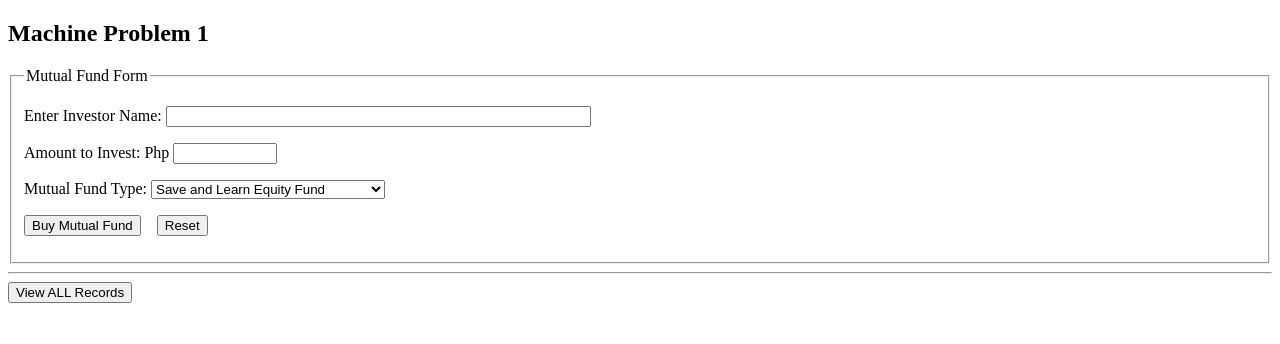
Repository: joshualaxamana/INFOSECWorkspace
Page: http://localhost/MachineProblem1/
An editor plug-in stored every save of this project. The page is shown before and after the next save, followed by the edit.
The browser window is 1280 px wide. The pictures show the whole page.
The page is served by Tomcat 9. Other server files are loaded and not shown.

Above is the page before, as saved 2017-11-18 17:01:31.

### MachineProblem1/web/index.jsp
<%@ page language="java" contentType="text/html; charset=ISO-8859-1"
    pageEncoding="ISO-8859-1"%>
<!DOCTYPE html>
<html>
<head>
<meta http-equiv="Content-Type" content="text/html; charset=ISO-8859-1">
<title>Machine Problem 1</title>
</head>
<body>
	<h2>Machine Problem 1</h2>

	<fieldset>
		<legend>Mutual Fund Form</legend>
		<form action='processmutualfund.action' method='post'>
			<p>Enter Investor Name:
				<input type='text' name='name' id='name'
					size='50' required="required"/>
			</p>
			<p>Amount to Invest: Php
				<input type="number" name='amount' id='amount'
					min="1000" max="10000000" required="required"/>
			</p>
			<p>Mutual Fund Type:
				<select name='type' id='type'>
					<option value="SALEF">Save and Learn Equity Fund</option>
					<option value="SALBF">Save and Learn Balanced Fund</option>
					<option value="SALFIF">Save and Learn Fixed Income Fund</option>
				</select>
			</p>
			<p>
				<input type="submit" value='Buy Mutual Fund'/>&nbsp;&nbsp;&nbsp;
				<input type="reset"/>
			</p>
		</form>
	</fieldset>
	<hr/>
	<form action="listallrecords.action">
		<input type="submit" value="View ALL Records">
	</form>
</body>
</html>

After the next save:
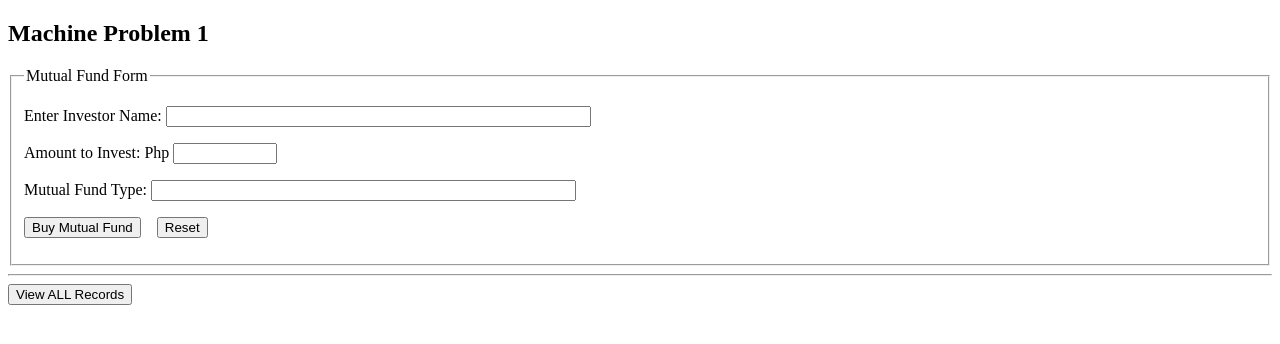
Saved 73 s later.
--- a/MachineProblem1/web/index.jsp
+++ b/MachineProblem1/web/index.jsp
@@ -21,11 +21,8 @@
 					min="1000" max="10000000" required="required"/>
 			</p>
 			<p>Mutual Fund Type:
-				<select name='type' id='type'>
-					<option value="SALEF">Save and Learn Equity Fund</option>
-					<option value="SALBF">Save and Learn Balanced Fund</option>
-					<option value="SALFIF">Save and Learn Fixed Income Fund</option>
-				</select>
+				<input type='text' name='type' id='type'
+					size='50' required="required"/>
 			</p>
 			<p>
 				<input type="submit" value='Buy Mutual Fund'/>&nbsp;&nbsp;&nbsp;
